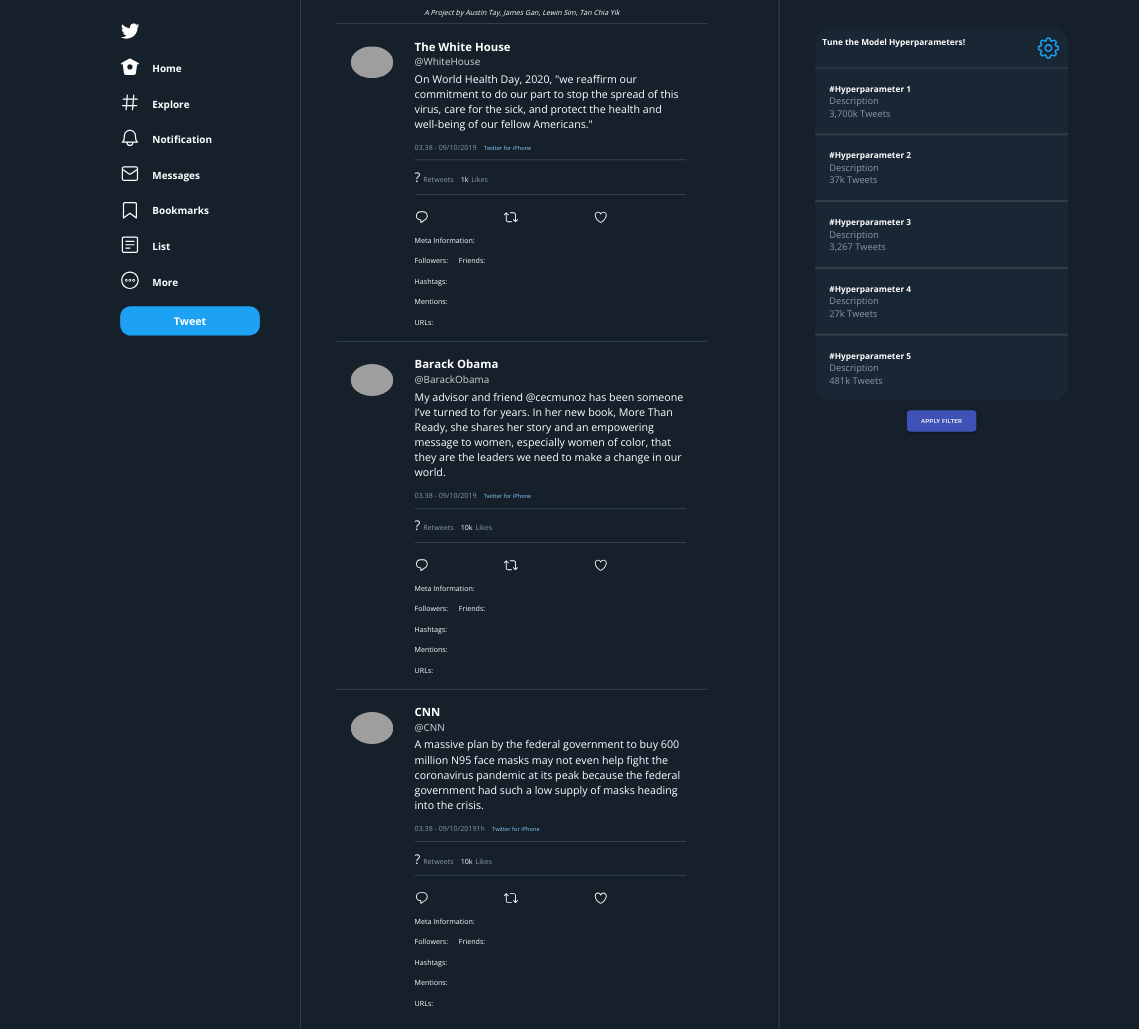
Repository: Dustyik/TwitterAIproj
Page: / (app in FrontEnd/)
The author's editor kept a copy of each file at every save. The page is drawn from the files as they stood at one save, then again after the next save.
The browser window is 1280 px wide. The pictures show the whole page, at 89% of full size.
Pictures or frames that could not be fetched are drawn as grey boxes. The page's requests for data from a server got no answer. The project was rebuilt for these pictures with package versions that can differ from the ones it lists, and the page was loaded fresh each time. No one was signed in, and anything a server would have sent is missing. Also part of the build but not shown: FrontEnd/src/components/trending/FollowSuggestionCard.js, FrontEnd/src/styles/FollowList.css, FrontEnd/src/components/trending/FollowSuggestionsList.js, FrontEnd/src/components/StatusCard.js, FrontEnd/src/pages/Status.js, FrontEnd/src/components/profile/ProfileHead.js, FrontEnd/src/components/profile/ProfileDetails.js, FrontEnd/src/styles/Profile.css and 1 more.

Above is the page before, as saved 2021-08-03 12:35:35.

After the next save:
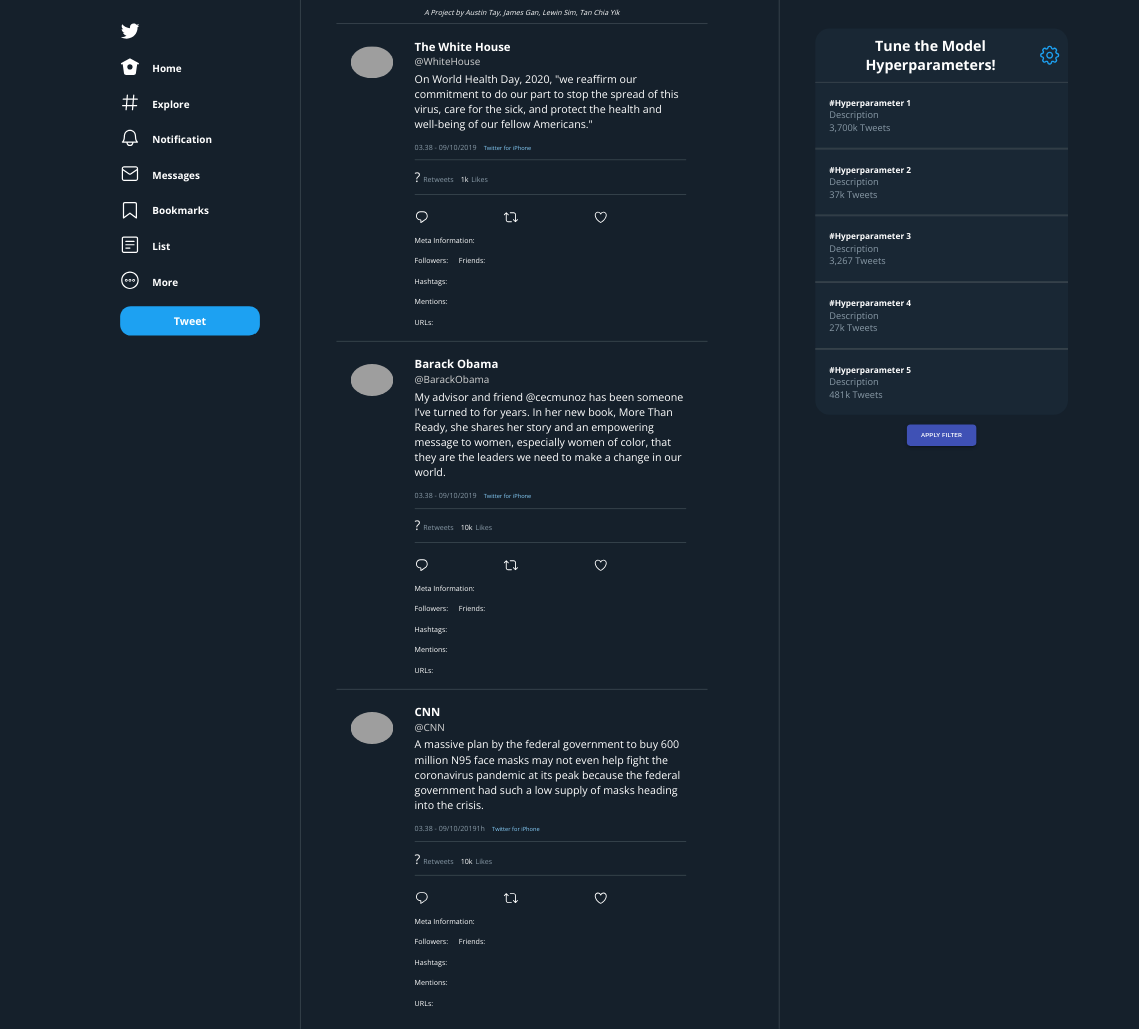
Saved 31 s later.
--- a/FrontEnd/src/components/trending/TrendsList.js
+++ b/FrontEnd/src/components/trending/TrendsList.js
@@ -31,7 +31,7 @@
     return (
         <div>
             <div className="trends-for-you flex-space-between">
-                <h3 className="m-0">Tune the Model Hyperparameters!</h3>
+                <h2 className="m-0">Tune the Model Hyperparameters!</h2>
                 <SettingsIcon />
             </div>
             <div className="trends">
